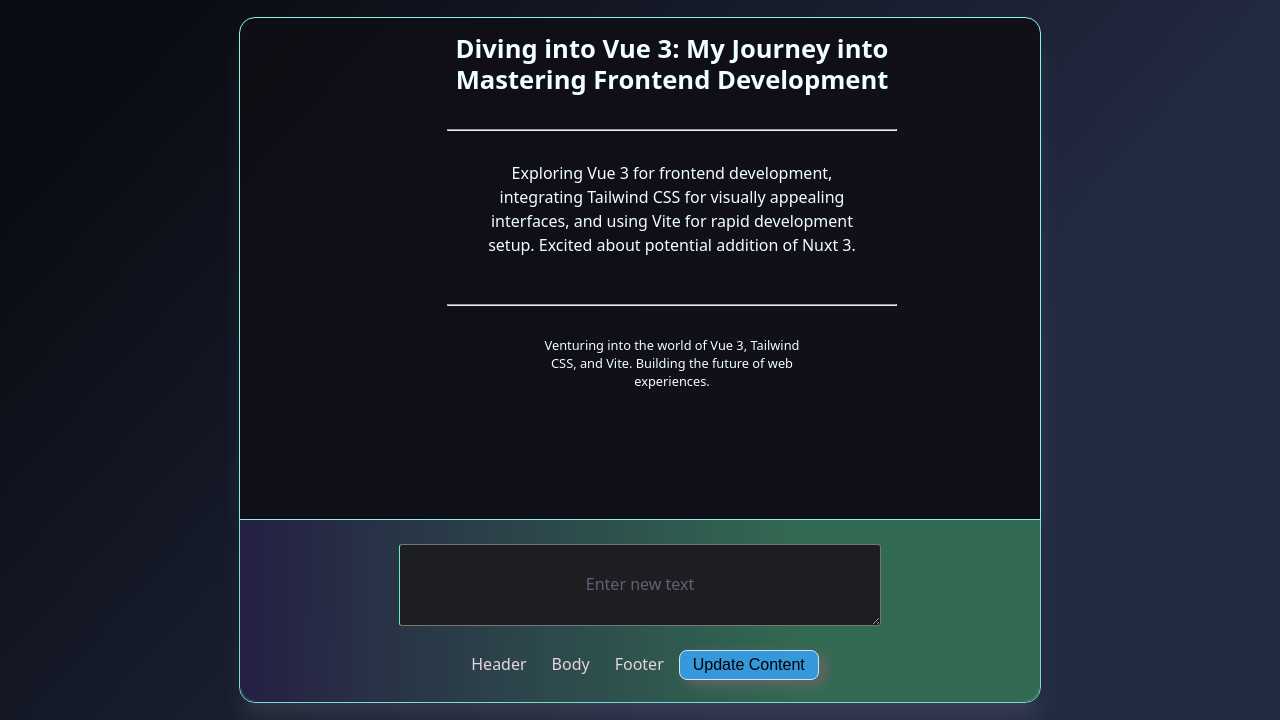
Repository: Freezler/AnnounceCraft
Page: index.html
An editor plug-in stored every save of this project. The page is shown before and after a run of saves, followed by the edit.
The browser window is 1280 px wide. The pictures show the whole page.

Above is the page before, as saved 2024-01-22 14:49:18.

After the next 2 saves:
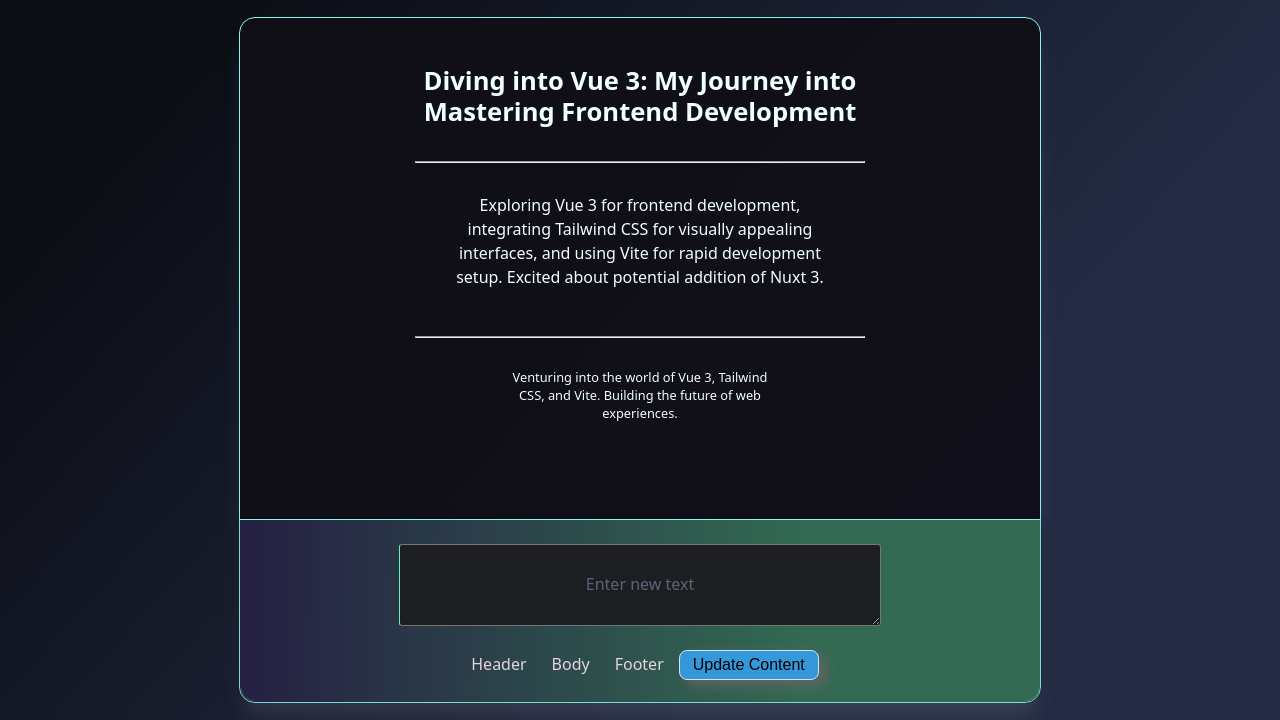
The 2 saves are shown as one change because they came seconds apart.
The last was saved 15 s later.
--- a/style.css
+++ b/style.css
@@ -108,7 +108,7 @@
     gap: clamp(1.4rem, 1vw, 2rem);
     width: 60vw;
     ;
-    padding: 0 2rem;
+    padding: 2rem 0;
 }
 
 .choice-box {
